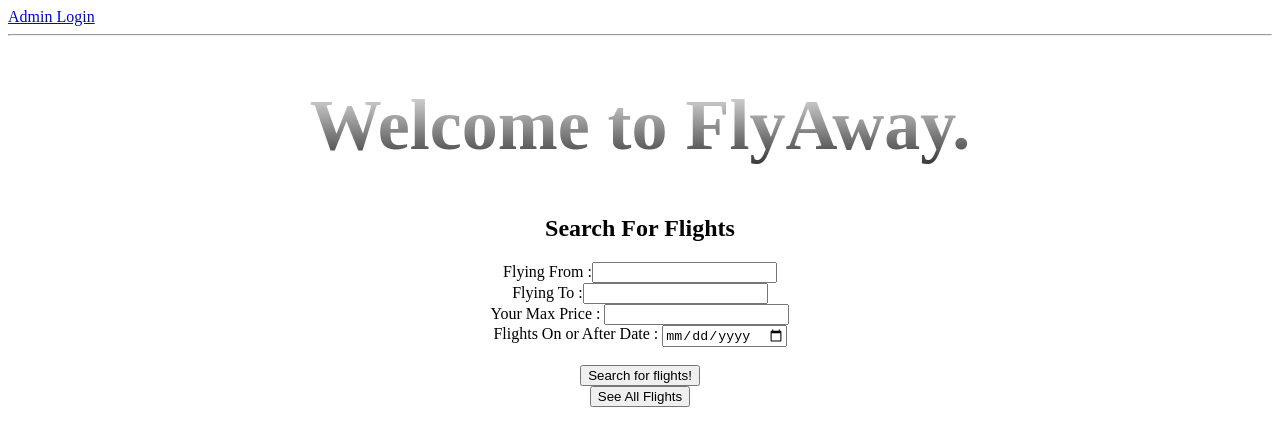
Repository: tuskhillare/FlyAway-1.0-
Page: http://localhost/FlyAway/
An editor plug-in stored every save of this project. The page is shown before and after the next save, followed by the edit.
The browser window is 1280 px wide. The pictures show the whole page.
The page is served by Tomcat 9.

Above is the page before, as saved 2021-10-01 15:18:04.

After the next save:
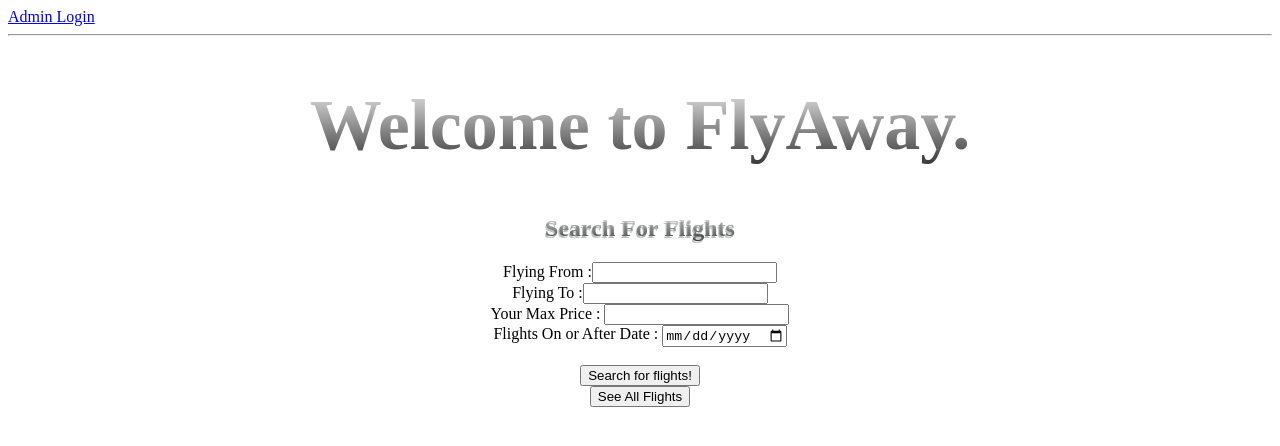
Saved 3 min 52 s later.
--- a/Source Code/FlyAway/src/main/webapp/index.jsp
+++ b/Source Code/FlyAway/src/main/webapp/index.jsp
@@ -7,6 +7,12 @@ h1 {
   background: -webkit-linear-gradient(#eee, #333);
   -webkit-background-clip: text;
   -webkit-text-fill-color: transparent;
+}
+h2 {
+text-shadow: -1px 2px rgba(128, 128, 128, 0.5);
+background: -webkit-linear-gradient(whitesmoke, #1e2425);
+background-clip: text;
+-webkit-text-fill-color: transparent;
 }
 </style>
 <meta charset="UTF-8">
